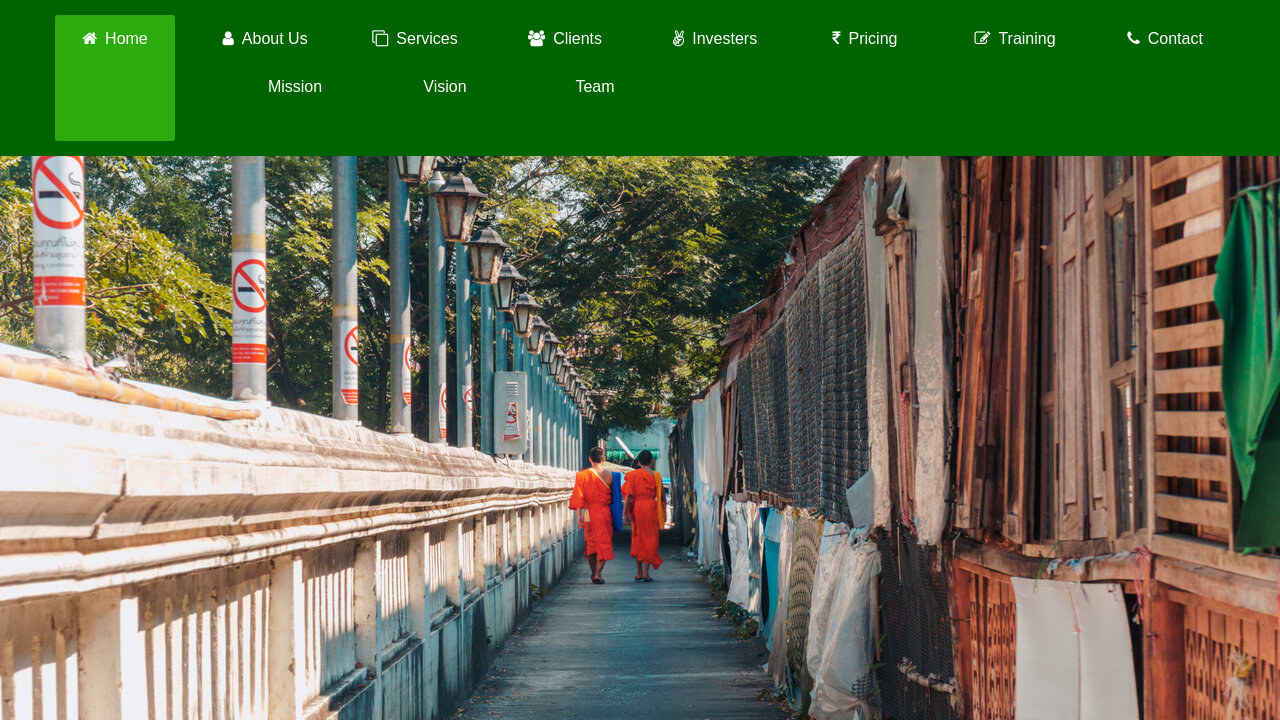
Repository: Alex-Serky/Dossier-Nav
Page: Nav-Nav/index.html
An editor plug-in stored every save of this project. The page is shown before and after the next save, followed by the edit.
The browser window is 1280 px wide. The pictures show the whole page.

Above is the page before, as saved 2020-02-21 03:57:54.

### Nav-Nav/index.html
<!DOCTYPE html>
<html lang="en">

<head>
    <meta charset="UTF-8">
    <meta name="viewport" content="width=device-width, initial-scale=1.0">
    <link rel="stylesheet" href="style.css">
    <link rel="stylesheet" href="https://stackpath.bootstrapcdn.com/font-awesome/4.7.0/css/font-awesome.min.css">
    <title>Drop-down Menu design</title>
</head>

<body>
    <div class="menu-bar">
        <ul>
            <li class="active"><a href="#"><i class="fa fa-home"></i>Home</a></li>
            <li><a href="#"><i class="fa fa-user"></i>About Us</a>
                <div class="sub-menu">
                    <ul>
                        <li><a href="#">Mission</a></li>
                        <li><a href="#">Vision</a></li>
                        <li><a href="#">Team</a></li>
                    </ul>
                </div>
            </li>
            <li><a href="#"><i class="fa fa-clone"></i>Services</a></li>
            <li><a href="#"><i class="fa fa-users"></i>Clients</a></li>
            <li><a href="#"><i class="fa fa-angellist"></i>Investers</a></li>
            <li><a href="#"><i class="fa fa-inr"></i>Pricing</a></li>
            <li><a href="#"><i class="fa fa-edit"></i>Training</a></li>
            <li><a href="#"><i class="fa fa-phone"></i>Contact</a></li>
        </ul>
    </div>
</body>

</html>

### Nav-Nav/style.css
* {
    padding: 0;
    margin: 0;
    box-sizing: border-box;
}

body {
    background-image: url(background.jpg);
    background-size: cover;
    font-family: sans-serif;
}

.menu-bar {
    background: rgba(0, 100, 0);
    text-align: center;
}

.menu-bar ul {
    display: inline-flex;
    list-style: none;
    color: #fff;
}

.menu-bar ul li {
    width: 120px;
    margin: 15px;
    padding: 15px;
}

.menu-bar ul li a {
    text-decoration: none;
    color: #fff;
}

.active,
.menu-bar ul li:hover {
    background: #2bab0d;
    border-radius: 3px;
}

.menu-bar .fa {
    margin-right: 8px;
    display: inline;
}

.sub-menu-1 {
    display: none;
}

.menu-bar ul li:hover .sub-menu-1 {
    display: block;
    position: absolute;
    background: rgb(0, 100, 0);
    margin-top: 15px;
    margin-left: -15px;
}

.menu-bar ul li:hover .sub-menu-1 ul {
    display: block;
    margin: 10px;
}

After the next save:
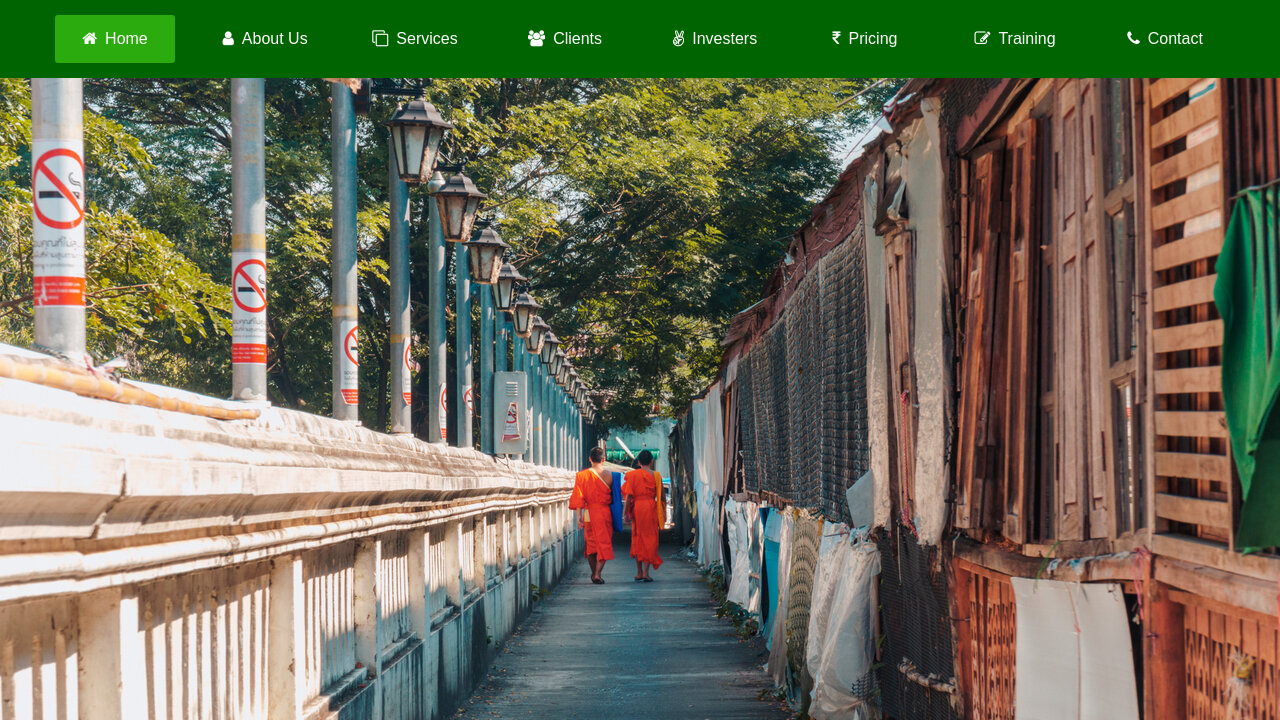
Saved 20 s later.
--- a/Nav-Nav/index.html
+++ b/Nav-Nav/index.html
@@ -14,7 +14,7 @@
         <ul>
             <li class="active"><a href="#"><i class="fa fa-home"></i>Home</a></li>
             <li><a href="#"><i class="fa fa-user"></i>About Us</a>
-                <div class="sub-menu">
+                <div class="sub-menu-1">
                     <ul>
                         <li><a href="#">Mission</a></li>
                         <li><a href="#">Vision</a></li>
